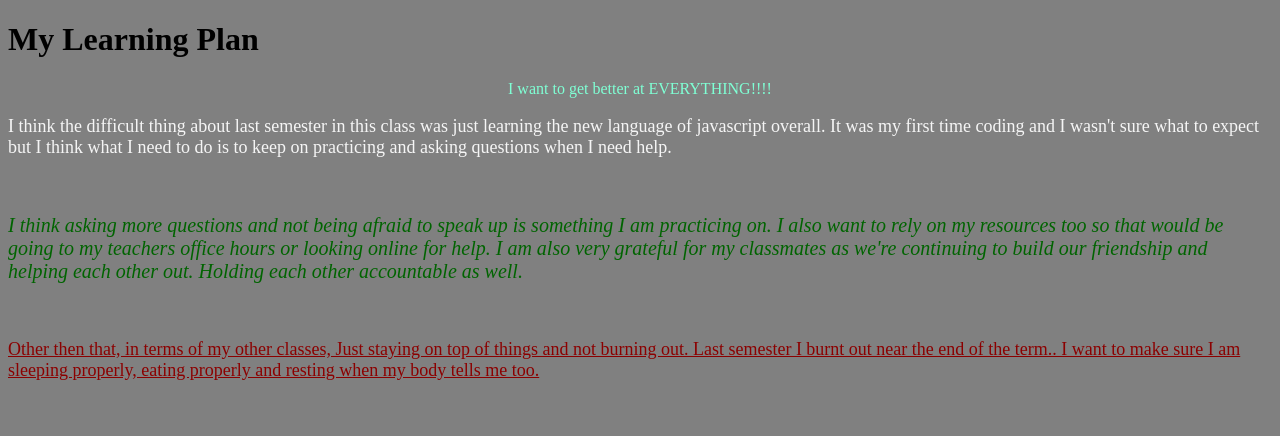
Repository: boofoo-png/mdia-2109
Page: Lab 3/learning-plan.html
The author's editor kept a copy of each file at every save. The page is drawn from the files as they stood at one save, then again after the next save.
The browser window is 1280 px wide. The pictures show the whole page.

Above is the page before, as saved 2026-02-02 11:12:19.

After the next save:
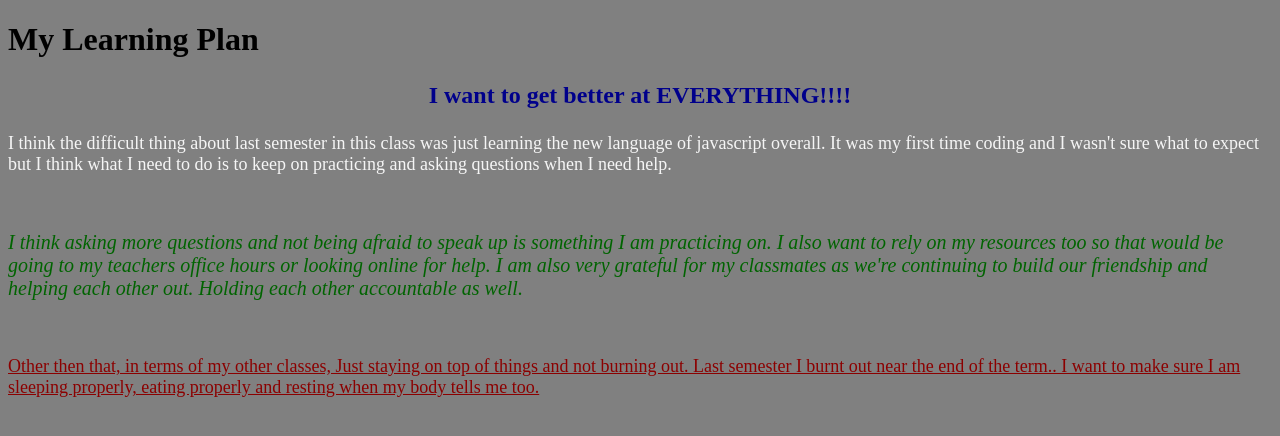
Saved 4 s later.
--- a/Lab 3/styles.css
+++ b/Lab 3/styles.css
@@ -4,7 +4,9 @@
     justify-content: center;
 }
 
-.title1
+.title1 {
+    color: orange;
+}
 
 p.title {
     font-size: 24px;
